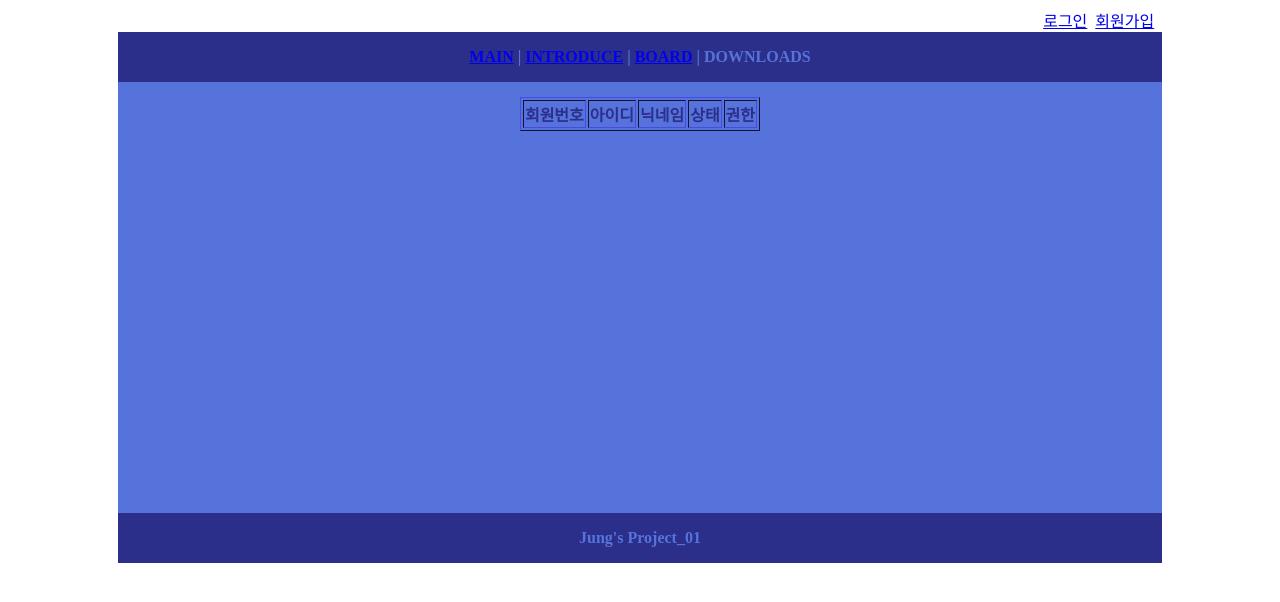
Repository: asas6306/Jungs_
Page: http://localhost/Board-Project1/WEB-INF/JSP/memberM.jsp
These files come from the project's save history. The page is drawn as it stood at one moment and after a run of saves; the edit follows.
The browser window is 1280 px wide. The pictures show the whole page.
The page is served by Tomcat 9. Nobody is signed in. The template is opened directly, without the code that normally fills it, so the values that code supplies are empty.

Above is the page before, as saved 2021-01-14 14:29:45.

After the next 2 saves:
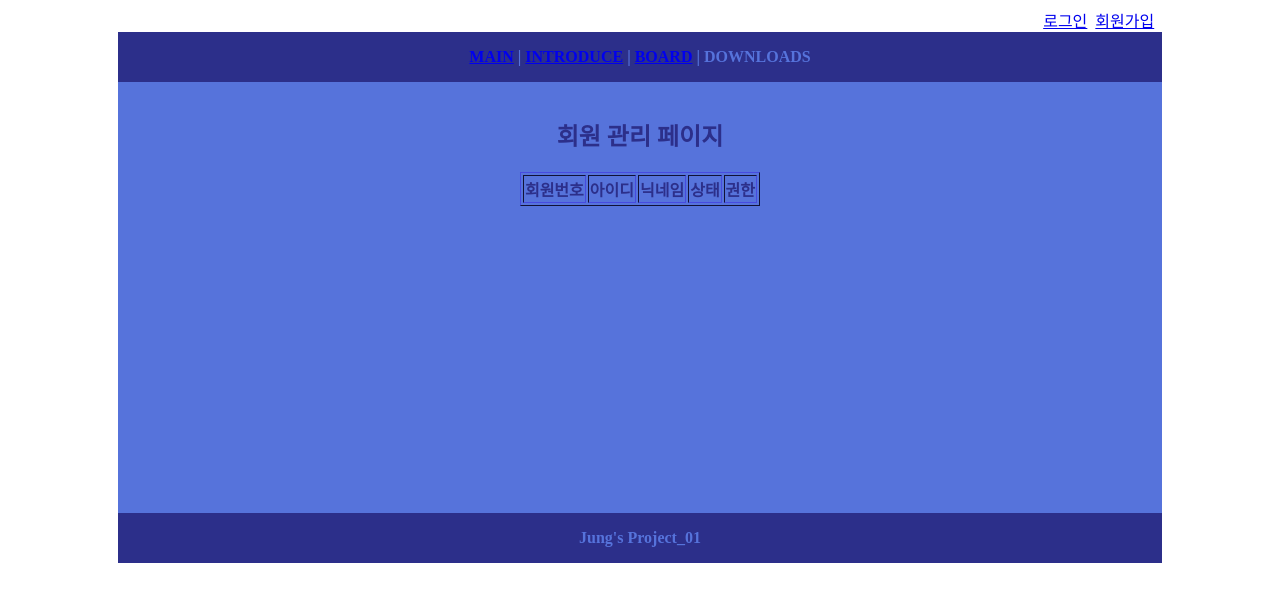
The 2 saves are shown as one change because they came seconds apart.
The last was saved 28 s later.
--- a/Board-Project1/WebContent/WEB-INF/JSP/memberM.jsp
+++ b/Board-Project1/WebContent/WEB-INF/JSP/memberM.jsp
@@ -4,6 +4,7 @@
 <jsp:include page="/layout/header.jsp" />
 
 <table border="1" class="table">
+<caption><h2>회원 관리 페이지</h2></caption>
 	<tr>
 		<th>회원번호</th>
 		<th>아이디</th>
